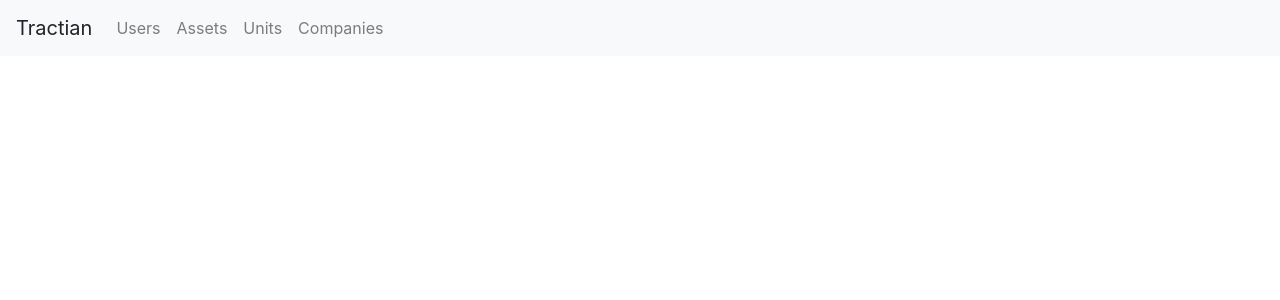
Repository: marinaflausino/TractianChallenge
Page: Tractian/HTML/assets.html
These files come from the project's save history. The page is drawn as it stood at one moment and after the next save; the edit follows.
The browser window is 1280 px wide. The pictures show the whole page.
The page's requests for data from a server got no answer.

Above is the page before, as saved 2021-09-09 12:59:30.

### Tractian/HTML/assets.html
<!DOCTYPE html>
<html lang="pt-br">
<head>
    <meta charset="UTF-8">
    <meta http-equiv="X-UA-Compatible" content="IE=edge">
    <meta name="viewport" content="width=device-width, initial-scale=1.0">
    <title>Assets</title>

</head>
<body></body>
<footer>
    <script src="../JS/header.js"></script>
    <script src="../JS/assets.js"></script>
</footer>

</html>

### Tractian/JS/header.js
const navbar = document.createElement('template');
navbar.innerHTML = `
<nav class="navbar navbar-expand-lg navbar-light bg-light">
  <a class="navbar-brand">Tractian</a>
  <button class="navbar-toggler" type="button" data-toggle="collapse" data-target="#navbarNav" aria-controls="navbarNav" aria-expanded="false" aria-label="Toggle navigation">
    <span class="navbar-toggler-icon"></span>
  </button>
  <div class="collapse navbar-collapse" id="navbarNav">
    <ul class="navbar-nav">
    <li class="nav-item">
        <a class="nav-link" href="users.html">Users</a>
      </li>
      <li class="nav-item">
        <a class="nav-link" href="assets.html">Assets</a>
      </li>
      <li class="nav-item">
        <a class="nav-link" href="units.html">Units</a>
      </li>
      <li class="nav-item">
        <a class="nav-link" href="companies.html">Companies</a>
      </li>
    </ul>
  </div>
</nav>
`
document.body.appendChild(navbar.content);

let css = document.createElement('template');
css.innerHTML = `
<link rel="stylesheet" href="https://stackpath.bootstrapcdn.com/bootstrap/4.1.3/css/bootstrap.min.css">

<link rel="stylesheet" href="https://cdnjs.cloudflare.com/ajax/libs/font-awesome/5.15.4/css/all.min.css" integrity="sha512-1ycn6IcaQQ40/MKBW2W4Rhis/DbILU74C1vSrLJxCq57o941Ym01SwNsOMqvEBFlcgUa6xLiPY/NS5R+E6ztJQ==" crossorigin="anonymous" referrerpolicy="no-referrer" />
`
document.head.appendChild(css.content);

let scripts = document.createElement('template');
scripts.innerHTML = `<script src="https://cdnjs.cloudflare.com/ajax/libs/popper.js/1.14.3/umd/popper.min.js" integrity="sha384-ZMP7rVo3mIykV+2+9J3UJ46jBk0WLaUAdn689aCwoqbBJiSnjAK/l8WvCWPIPm49" crossorigin="anonymous"></script>
<script src="https://stackpath.bootstrapcdn.com/bootstrap/4.1.3/js/bootstrap.min.js" integrity="sha384-ChfqqxuZUCnJSK3+MXmPNIyE6ZbWh2IMqE241rYiqJxyMiZ6OW/JmZQ5stwEULTy" crossorigin="anonymous"></script>
<script src="https://code.jquery.com/jquery-3.3.1.slim.min.js" integrity="sha384-q8i/X+965DzO0rT7abK41JStQIAqVgRVzpbzo5smXKp4YfRvH+8abtTE1Pi6jizo" crossorigin="anonymous"></script>
<script src="../JS/popover.js"></script>`

let footer = document.querySelector('footer');
footer.appendChild(scripts.content);

var link = document.querySelector("link[rel*='icon']") || document.createElement('link');
link.type = 'image/x-icon';
link.rel = 'shortcut icon';
link.href = '../favicon tractian.png';
document.getElementsByTagName('head')[0].appendChild(link);

### Tractian/JS/assets.js
const showData = response => {
    let body = document.getElementsByTagName('body')[0]

    var link = document.createElement('link');
    link.type = 'text/css';
    link.rel = 'stylesheet';
    document.head.appendChild(link);
    link.href = '../CSS/assets.css';

    let table = document.createElement('table');
    table.classList.add("table");
    body.appendChild(table);

    let trHeaders = document.createElement('tr');
    trHeaders.classList.add("column");
    table.appendChild(trHeaders);

    let keys = Object.keys(response[0]);

    for(const key in keys) {
          let header = document.createElement('th');
          header.setAttribute("id", keys[key])
          header.innerHTML = keys[key];
          trHeaders.appendChild(header);
    }

    for(const assets in response) {
          let trAssets = document.createElement('tr');
          table.appendChild(trAssets);

          let id = response[assets]["id"];
          let headerAssets = document.createElement('td');
          headerAssets.innerHTML = id;
          trAssets.appendChild(headerAssets);

          let sensors = response[assets]["sensors"];
          let headerSensors = document.createElement('td');
          headerSensors.innerHTML = sensors;
          trAssets.appendChild(headerSensors);

          let model = response[assets]["model"];
          let headerModel = document.createElement('td');
          headerModel.innerHTML = model;
          trAssets.appendChild(headerModel);

          let status = response[assets]["status"];
          let headerStatus = document.createElement('td');
          headerStatus.innerHTML = status;
          trAssets.appendChild(headerStatus);

          let healthScore = response[assets]["healthScore"];
          let headerHealthScore = document.createElement('td');
          headerHealthScore.innerHTML = healthScore;
          trAssets.appendChild(headerHealthScore);

          let name = response[assets]["name"];
          let headerName = document.createElement('td');
          headerName.innerHTML = name;
          trAssets.appendChild(headerName);

          let imageLink = response[assets]["image"];
          let rowImage = document.createElement('td');
          let tagImage = document.createElement('img');
          tagImage.setAttribute("src", imageLink);
          tagImage.classList.add("img-thumbnail");
          rowImage.appendChild(tagImage);
          trAssets.appendChild(rowImage);

          let specifications = response[assets]["specifications"];
          let headerSpecifications = document.createElement('td');
          let iconSpecifications = document.createElement('i');
          headerSpecifications.innerHTML = `<i class="far fa-eye"></i>`;
          trAssets.appendChild(headerSpecifications);

          for(const specification in specifications) {

          }

          let metrics = response[assets]["metrics"];
          let headerMetrics = document.createElement('td');
          let iconMetrics = document.createElement('i');
          iconMetrics.classList.add("far","fa-eye");
          iconMetrics.setAttribute("tabindex","0");
          iconMetrics.setAttribute("id","eye");
          iconMetrics.setAttribute("data-toggle","popover");
          iconMetrics.setAttribute("data-trigger","focus");
          iconMetrics.setAttribute("data-content","abc");
          headerMetrics.appendChild(iconMetrics);
          trAssets.appendChild(headerMetrics);

          // document.getElementById("eye").addEventListener('click', function() {
          //   popover();
          // })

          for(const metric in metrics) {

      }

          let unitId = response[assets]["unitId"];
          let headerUnitId = document.createElement('td');
          headerUnitId.innerHTML = unitId;
          trAssets.appendChild(headerUnitId);

          let companyId = response[assets]["companyId"];
          let headerCompanyID = document.createElement('td');
          headerCompanyID.innerHTML = companyId;
          trAssets.appendChild(headerCompanyID);

         // let actions = document.createElement('td')
         // <button type="button" class="btn btn-dark">Adicionar</button>;
         // <button type="button" class="btn btn-dark">Editar</button>;
         //<button type="button" class="btn btn-dark">Deletar</button>;


        }


}

fetch('https://my-json-server.typicode.com/tractian/fake-api/assets')
    .then(response => { response.json()
      .then(data => showData(data)) })
    .catch(error => console.log("error"+ error))

After the next save:
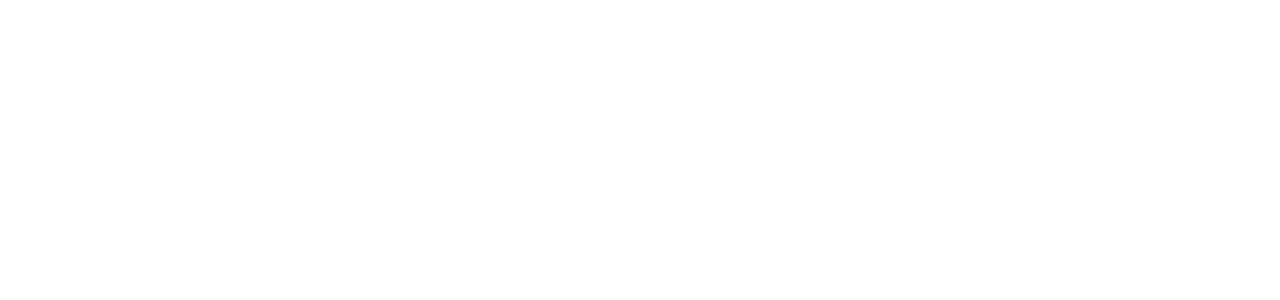
Console error: TypeError: Cannot read properties of null (reading 'appendChild')
Saved 64 s later.
--- a/Tractian/HTML/assets.html
+++ b/Tractian/HTML/assets.html
@@ -5,11 +5,11 @@
     <meta http-equiv="X-UA-Compatible" content="IE=edge">
     <meta name="viewport" content="width=device-width, initial-scale=1.0">
     <title>Assets</title>
+    <script src="../JS/header.js"></script>
 
 </head>
 <body></body>
 <footer>
-    <script src="../JS/header.js"></script>
     <script src="../JS/assets.js"></script>
 </footer>
 

After the 2 saves that followed:
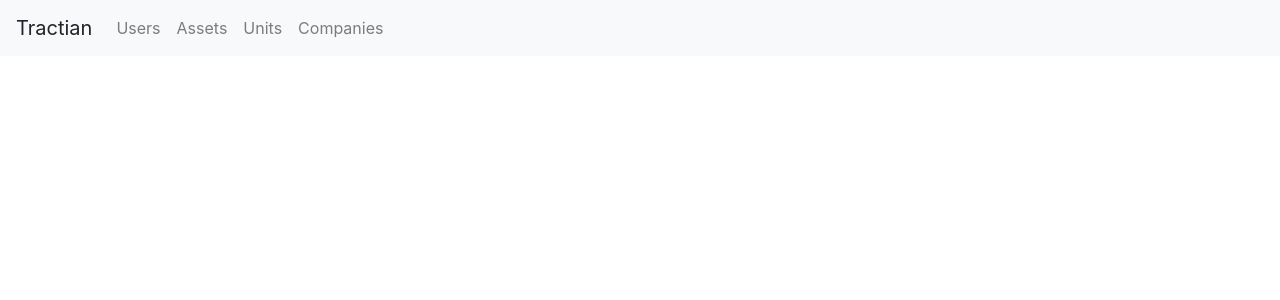
The error is gone.
The 2 saves are shown as one change because they came seconds apart.
The last was saved 7 s later.
--- a/Tractian/HTML/assets.html
+++ b/Tractian/HTML/assets.html
@@ -5,12 +5,12 @@
     <meta http-equiv="X-UA-Compatible" content="IE=edge">
     <meta name="viewport" content="width=device-width, initial-scale=1.0">
     <title>Assets</title>
-    <script src="../JS/header.js"></script>
+    <script src="../JS/assets.js"></script>
 
 </head>
 <body></body>
 <footer>
-    <script src="../JS/assets.js"></script>
+    <script src="../JS/header.js"></script>
 </footer>
 
 </html>
